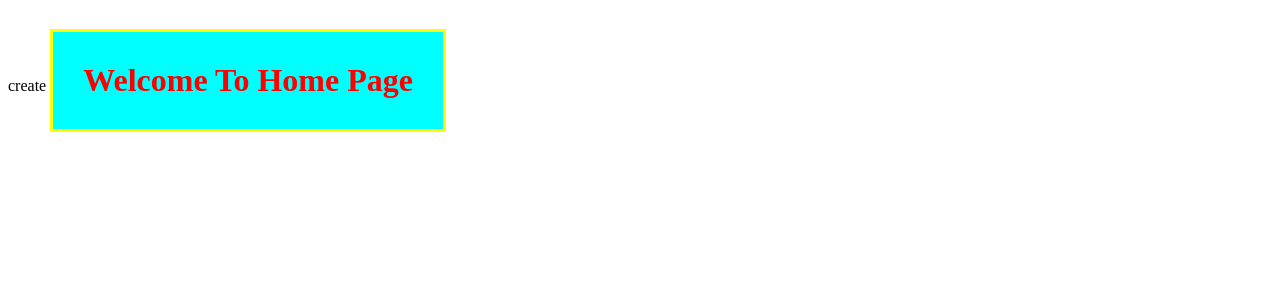
Repository: Raviteja6671/Django
Page: myProject/basic/templates/home.html
The author's editor kept a copy of each file at every save. The page is drawn from the files as they stood at one save, then again after a run of saves.
The browser window is 1280 px wide. The pictures show the whole page.

Above is the page before, as saved 2025-12-07 19:51:15.

### myProject/basic/templates/home.html
<!DOCTYPE html>
<html lang="en">
<head>
    <meta charset="UTF-8">
    <meta name="viewport" content="width=device-width, initial-scale=1.0">
    <title>Document</title>
    <style>
        h1{
            background-color: aqua;
            color: red;
            border: 3px solid yellow;
            display: inline-block;
            padding: 30px;
        }
    </style>
    create
</head>
<body>
    <h1>Welcome To Home Page</h1>
</body>
</html>

After the next 3 saves:
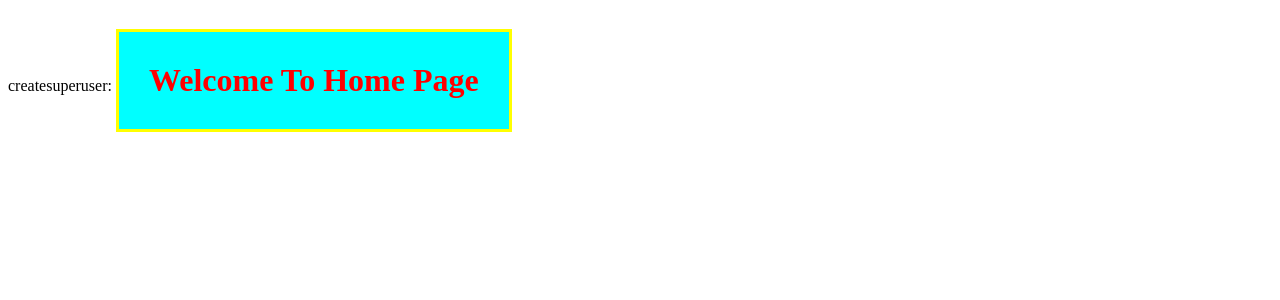
The 3 saves are shown as one change because they came seconds apart.
The last was saved 9 s later.
--- a/myProject/basic/templates/home.html
+++ b/myProject/basic/templates/home.html
@@ -13,7 +13,8 @@
             padding: 30px;
         }
     </style>
-    create
+    createsuperuser:
+
 </head>
 <body>
     <h1>Welcome To Home Page</h1>
